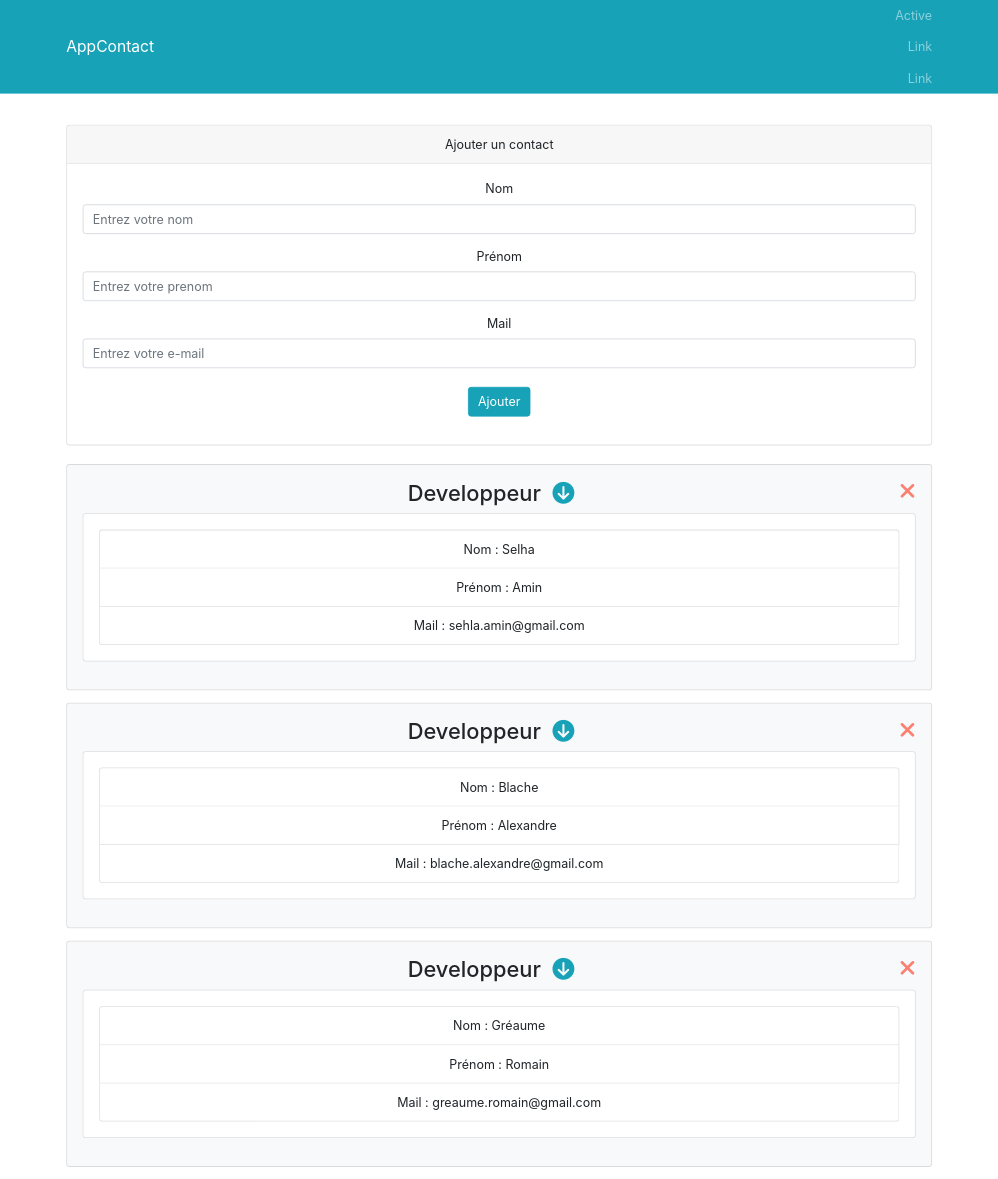
Repository: romgrm/appContact
Page: /
The author's editor kept a copy of each file at every save. The page is drawn from the files as they stood at one save, then again after the next save.
The browser window is 1280 px wide. The pictures show the whole page, at 78% of full size.
Some web libraries are served in a nearby version. The project was rebuilt for these pictures with package versions that can differ from the ones it lists, and the page was loaded fresh each time.

Above is the page before, as saved 2020-12-04 15:09:05.

After the next save:
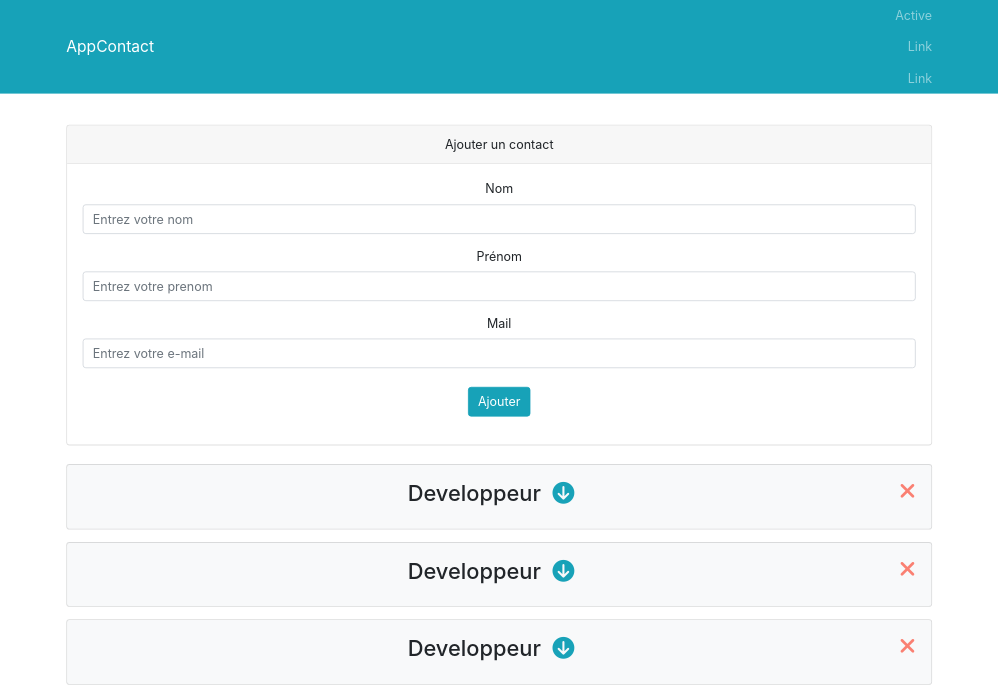
Saved 44 s later.
--- a/src/Components/Contact.js
+++ b/src/Components/Contact.js
@@ -4,7 +4,7 @@ import {Consumer} from '../Context'
 export default class Contact extends Component {
 
     state = {
-        show: true
+        show: false
     }
 
     // Fonction qui permet de faire l'inverse de show (tips: on fait une fonction flechée car les fonctions simple ne peuvent être référencées avec le this.nomdelafunction)
